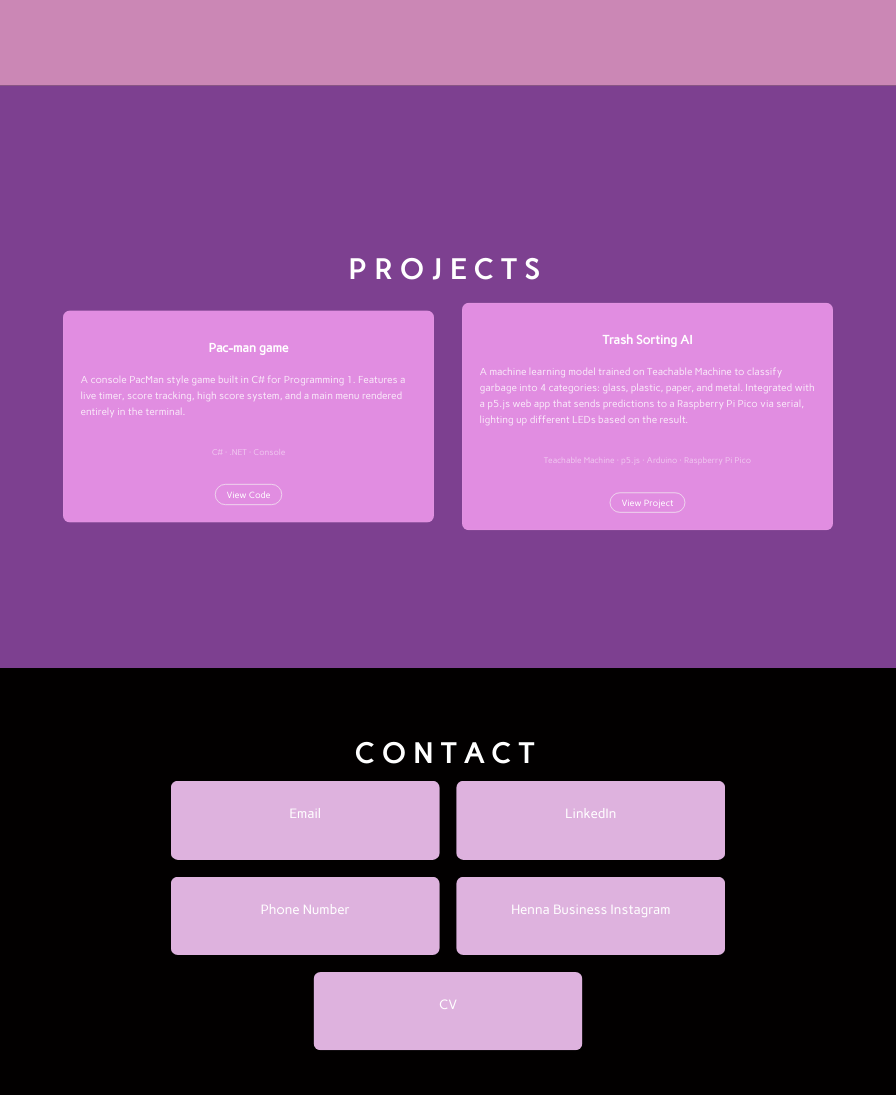
Repository: Rameen-A/Rameen-A
Page: index.html
These files come from the project's save history. The page is drawn as it stood at one moment and after the next save; the edit follows.
The browser window is 1280 px wide. The pictures show the part of the page from y = 1369 to 3289 px (the page is 2933 px tall before and 3289 px after), at 70% of full size.

Above is the page before, as saved 2026-05-09 22:21:07.

After the next save:
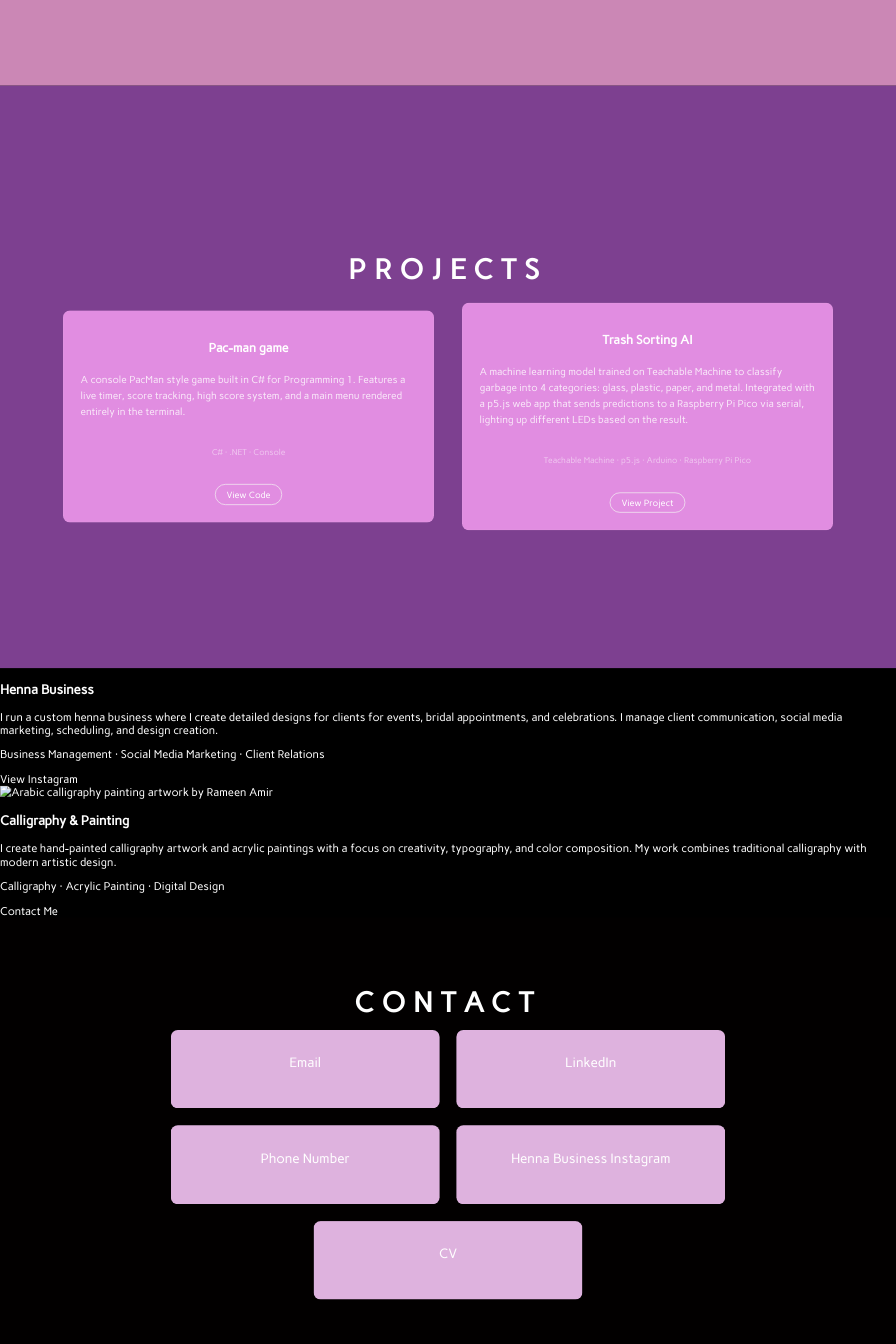
Not found: assets/images/calligraphy.jpg
Saved 52 s later.
--- a/index.html
+++ b/index.html
@@ -89,6 +89,58 @@
       </section>
       <!-- Creative Work Section -->
 
+      <!-- CREATIVE WORK SECTION -->
+      <div class="creative-content">
+        <h3>Henna Business</h3>
+
+        <p>
+          I run a custom henna business where I create detailed designs for
+          clients for events, bridal appointments, and celebrations. I manage
+          client communication, social media marketing, scheduling, and design
+          creation.
+        </p>
+
+        <p class="creative-tech">
+          Business Management · Social Media Marketing · Client Relations
+        </p>
+
+        <a
+          href="https://www.instagram.com/henna_byrameen?igsh=OGZzczk1ZWl6bW9p"
+          target="_blank"
+        >
+          View Instagram
+        </a>
+      </div>
+    </article>
+
+    <!-- Calligraphy Card -->
+    <article class="creative-card">
+      <img
+        src="./assets/images/calligraphy.jpg"
+        alt="Arabic calligraphy painting artwork by Rameen Amir"
+      />
+
+      <div class="creative-content">
+        <h3>Calligraphy & Painting</h3>
+
+        <p>
+          I create hand-painted calligraphy artwork and acrylic paintings with
+          a focus on creativity, typography, and color composition. My work
+          combines traditional calligraphy with modern artistic design.
+        </p>
+
+        <p class="creative-tech">
+          Calligraphy · Acrylic Painting · Digital Design
+        </p>
+
+        <a href="#contact">
+          Contact Me
+        </a>
+      </div>
+    </article>
+
+  </div>
+</section>
 
       <!-- CONTACT Section -->
       <section id="contact" class="contact">
